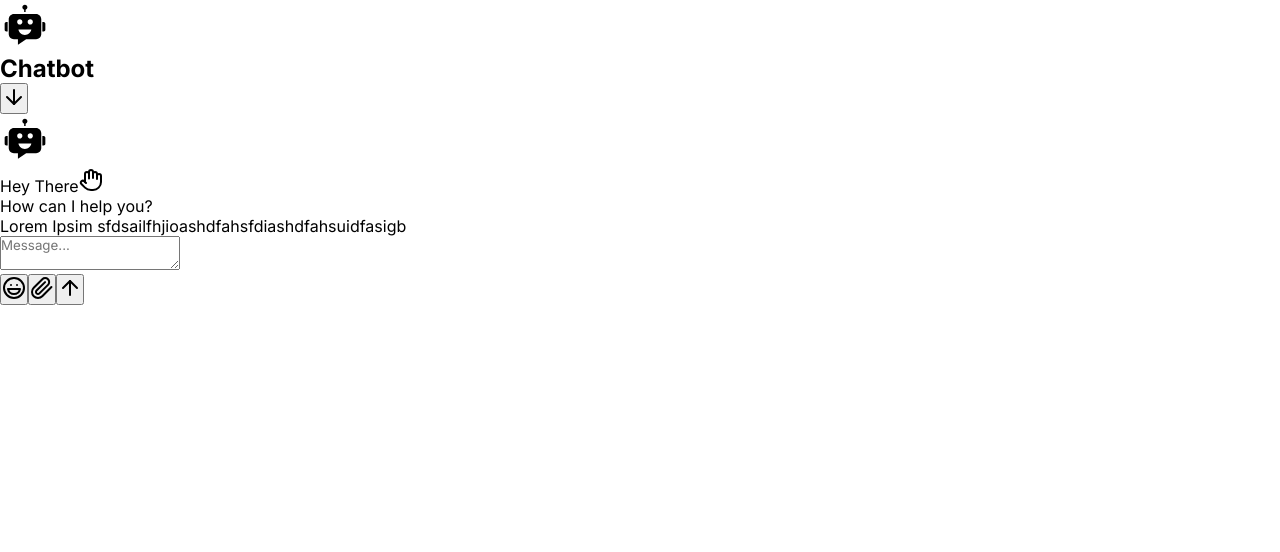
Repository: guilhermecardoso93/ai-bot
Page: /
These files come from the project's save history. The page is drawn as it stood at one moment and after the next save; the edit follows.
The browser window is 1280 px wide. The pictures show the whole page.
The project was rebuilt for these pictures with package versions that can differ from the ones it lists, and the page was loaded fresh each time. Also part of the build but not shown: vite.config.js.

Above is the page before, as saved 2024-11-11 20:13:12.

After the next save:
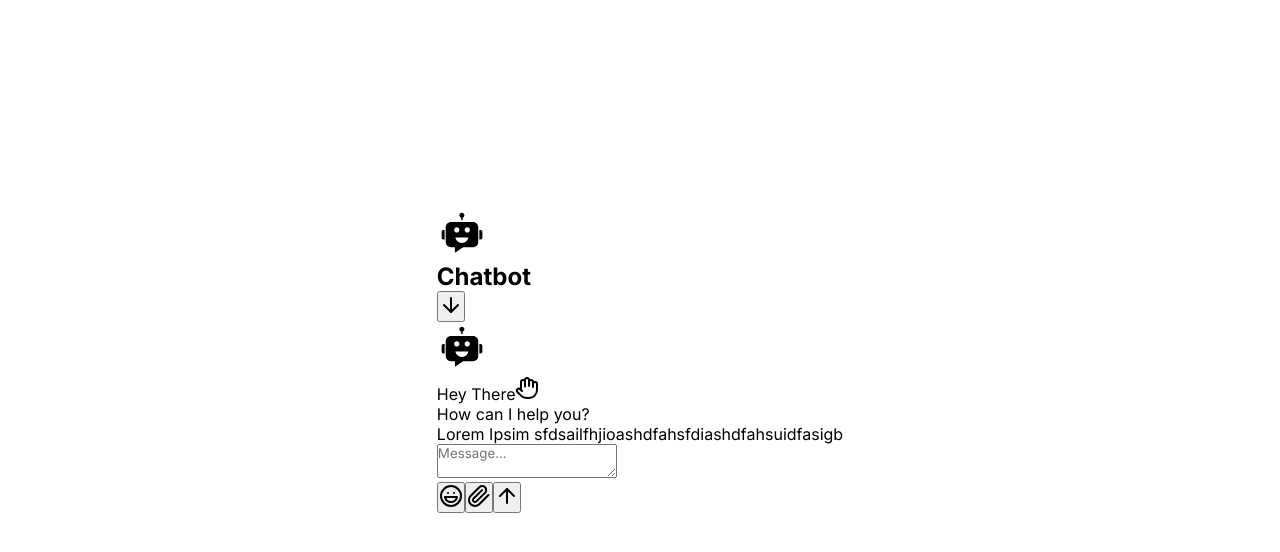
Saved 45 s later.
--- a/src/index.css
+++ b/src/index.css
@@ -13,3 +13,11 @@
   font-optical-sizing: auto;
   font-style: normal;
 }
+
+body {
+  display: flex;
+  align-items: center;
+  justify-content:center;
+  min-height: 100vh;
+  background: linear-gradient();
+}
